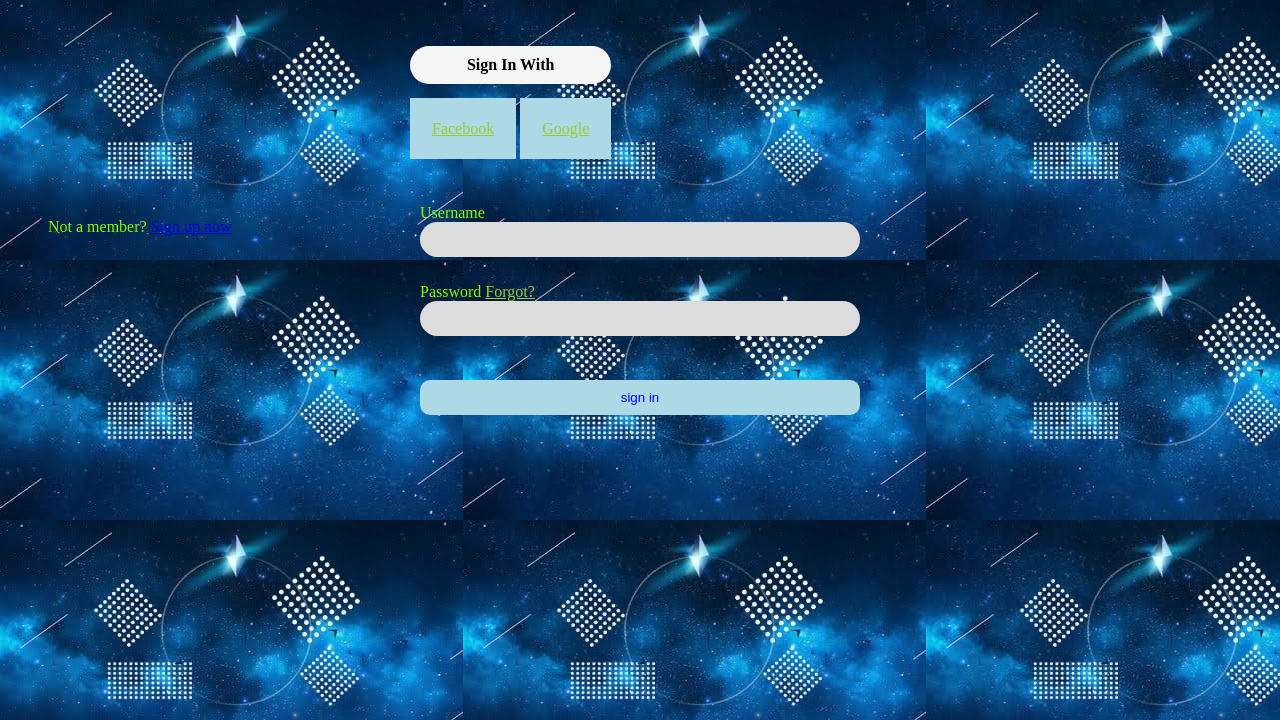
Repository: Tobby004/bdc-assignment-2
Page: index.html
The author's editor kept a copy of each file at every save. The page is drawn from the files as they stood at one save, then again after the next save.
The browser window is 1280 px wide. The pictures show the whole page.

Above is the page before, as saved 2023-02-11 08:07:29.

### index.html
<!DOCTYPE html>
<html lang="en">
<head>
    <meta charset="UTF-8">
    <meta http-equiv="X-UA-Compatible" content="IE=edge">
    <meta name="viewport" content="width=<device-width>, initial-scale=1.0">
    <title>Document</title>
    <link rel="stylesheet" href="task.css">
</head>
<body>
    <header>
    <div class="box-container">
        <div class="box1">
        <br>
            <b>
             Sign In With
            </b>
        <br>
        <br>
        <a href="#">
            Facebook</a>
            <a href="#">
                Google
            </a>
        </div>
            </div>
        </header>


        <div class="form-input">
        <div class="form"></div>
        <p>Username
            <br>
            <input type="text" placeholder="" />
        </p>
         <p>Password
            <a href="#">Forgot?</a>
            <br>
            <input type="password" />
         </p>
         <br>
         <button>sign in</button>
        </div>
        <footer>
        Not a member?
            <a href="#">Sign up now</a>
        </footer>

</body>
</html>

### task.css
*{
    box-sizing:border-box;
}
header{

    display: flex;
    padding: 20px;
    max-width: 500px;
    margin-left: auto;
    margin-right: auto;
    border: none;
}
body{
    background-image: url(image/IMG100.JPG)
}
header b {
    background-color:whitesmoke ;
    display: flex;
    padding: 10px;
    border-radius: 40px;
    margin-right: auto;
    margin-left: auto;
    max-width: 500px;
    justify-content: center;
}
header a {
    display: flexbox;
    padding: 22px;
    background-color: lightblue;
    width: 100%;
    max-width: 100px;
}
.form-input{
    display: block;
    max-width: 500px;
    height: 10px;

    padding: 30px;
    color: chartreuse;
    margin-left: auto;
    margin-right: auto;
}
input {
    background-color: gainsboro;
    display: flexbox;
    padding: 10px;
    width: 100%;
    border: none;
    border-radius: 30px;
    margin-bottom: 10px;
}
button {
    display: block;
    padding: 10px;
    width: 100%;
    border: none;
    color: blue;
    border-radius: 10px;
    background: lightblue;
}
div a {
    color: yellowgreen;
}
footer {
    padding-inline-start: 40px;
    color: chartreuse;
    display: block;
    max-width: 500px;
    justify-content: center
}

After the next save:
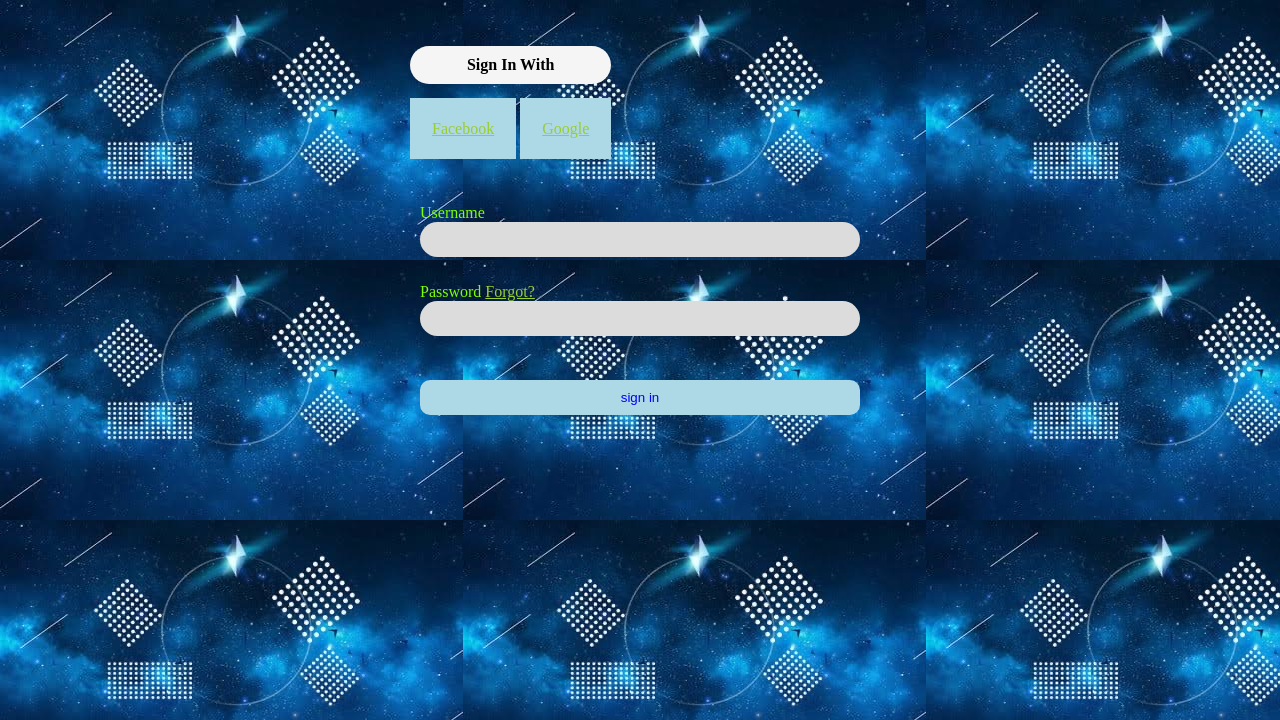
Saved 37 s later.
--- a/index.html
+++ b/index.html
@@ -41,10 +41,7 @@
          <br>
          <button>sign in</button>
         </div>
-        <footer>
-        Not a member?
-            <a href="#">Sign up now</a>
-        </footer>
+
 
 </body>
 </html>
